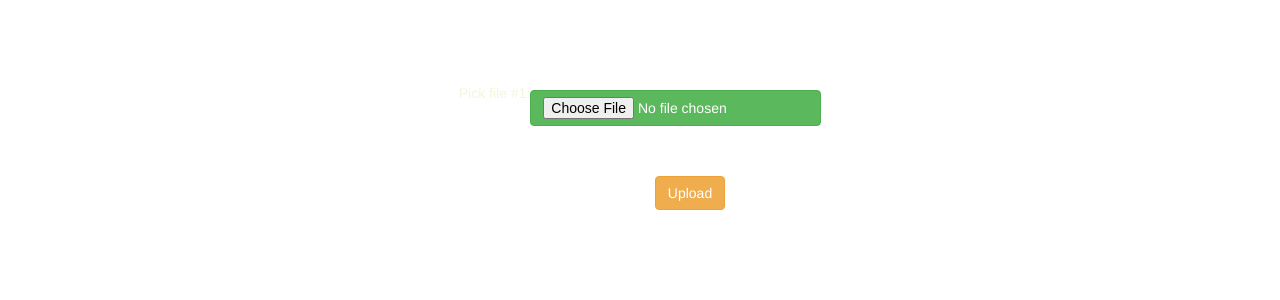
Repository: 123poornima/UpdatedSecondProject
Page: frontendPro/WebContent/_user/uploadPicture.html
An editor plug-in stored every save of this project. The page is shown before and after the next save, followed by the edit.
The browser window is 1280 px wide. The pictures show the whole page.

Above is the page before, as saved 2017-01-17 05:00:13.

### frontendPro/WebContent/_user/uploadPicture.html
<!DOCTYPE html>
<html>
<head>
<meta charset="ISO-8859-1">
<title>Insert title here</title>
<link rel="stylesheet" href="http://maxcdn.bootstrapcdn.com/bootstrap/3.3.7/css/bootstrap.min.css">

<!-- jQuery library -->
<script src="https://ajax.googleapis.com/ajax/libs/jquery/1.12.4/jquery.min.js"></script>

<!-- Latest compiled JavaScript -->
<script src="http://maxcdn.bootstrapcdn.com/bootstrap/3.3.7/js/bootstrap.min.js"></script>
</head>
<body>
<div align="center">
        <form method="post" action="http://localhost:8085/backendPro/doUpload" enctype="multipart/form-data">
            <table border="0">
                <tr style="color:#F5F5DC">
                    <td style="color:#F5F5DC">Pick file #1:</td>
                    <td><input style="margin-top:30px" class="btn btn-success" type="file" name="fileUpload" /></td>
                    <br>
                </tr>
             <br>

                <tr>
                 <br>
                    <td colspan="2" align="center"><input style="margin-top:50px;margin-left:100px" class="btn btn-warning" type="submit" value="Upload" /></td>
                </tr>


            </table>
        </form>
    </div>
</body>
</html>

After the next save:
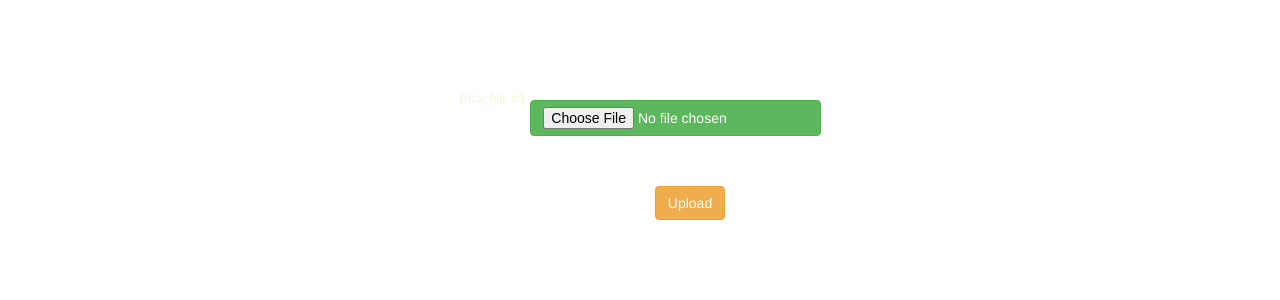
Saved 5 s later.
--- a/frontendPro/WebContent/_user/uploadPicture.html
+++ b/frontendPro/WebContent/_user/uploadPicture.html
@@ -17,7 +17,7 @@
             <table border="0">
                 <tr style="color:#F5F5DC">
                     <td style="color:#F5F5DC">Pick file #1:</td>
-                    <td><input style="margin-top:30px" class="btn btn-success" type="file" name="fileUpload" /></td>
+                    <td><input style="margin-top:40px" class="btn btn-success" type="file" name="fileUpload" /></td>
                     <br>
                 </tr>
              <br>
